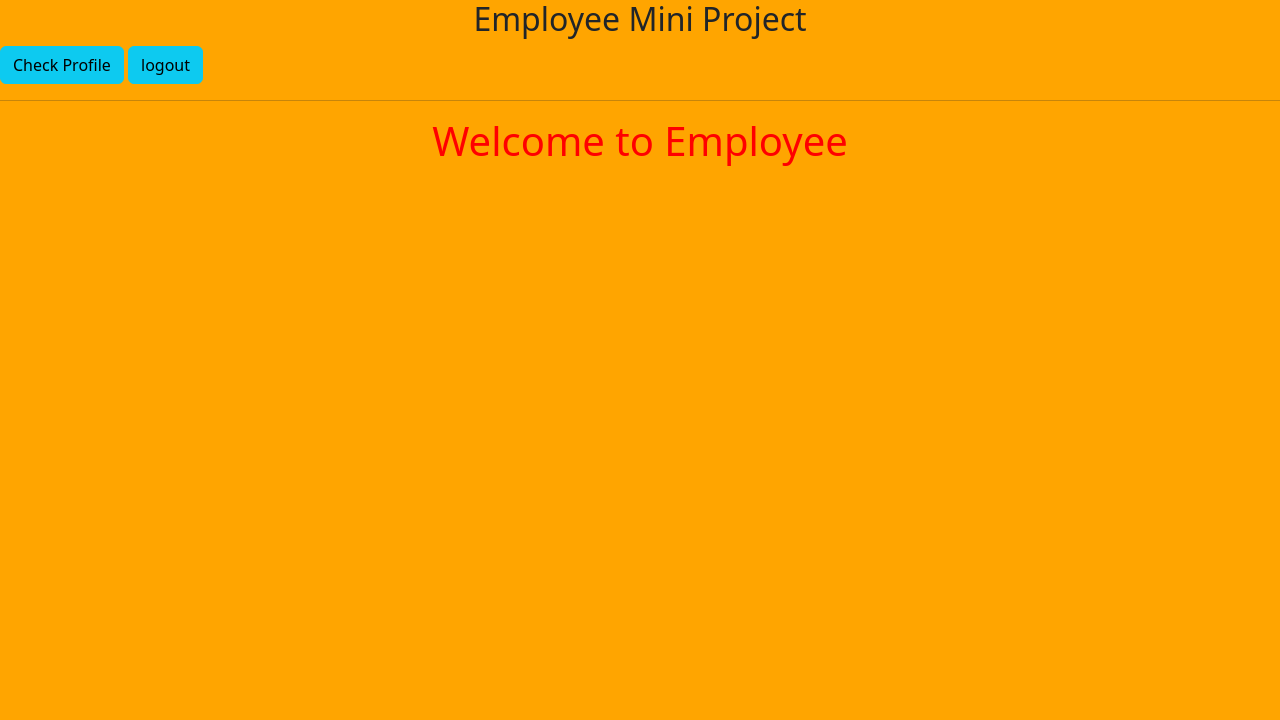
Repository: mca45034/MiniProjectp3
Page: http://localhost/miniproject/welcome.jsp
The author's editor kept a copy of each file at every save. The page is drawn from the files as they stood at one save, then again after the next save.
The browser window is 1280 px wide. The pictures show the whole page.
The page is served by Tomcat 9. Other server files are loaded and not shown.

Above is the page before, as saved 2024-03-03 16:22:48.

### project/miniproject/src/main/webapp/welcome.jsp
<%@ page language="java" contentType="text/html; charset=ISO-8859-1"
    pageEncoding="ISO-8859-1"%>
<!DOCTYPE html>
<html>
<head>
<meta charset="ISO-8859-1">
<title>Insert title here</title>
</head>
<body>
<%@ include file="header.jsp" %>
<center>
<h1 style="color: red">Welcome to Employee</h1>
</center>
</body>
</html>

### project/miniproject/src/main/webapp/header.jsp
<%@ page language="java" contentType="text/html; charset=ISO-8859-1"
	pageEncoding="ISO-8859-1"%>
<!DOCTYPE html>
<html>
<head>
<meta charset="ISO-8859-1">
<title>Insert title here</title>
<link rel="stylesheet"
	href="https://cdn.jsdelivr.net/npm/bootstrap@5.2.3/dist/css/bootstrap.min.css">
<style type="text/css">
body{
      background-color: orange;
    }
</style>
</head>
<body>
	<center>
<h2 class="text-dark">Employee Mini Project</h2>
</center>
	<%
		String user = (String) session.getAttribute("usertype");

		if (user != null) {
	%>
	<h3>
		Hii,
		<%=user%></h3>
	<%
		}
	%>

	<%
		if (user != null && user.equalsIgnoreCase("admin")) {
	%>
	<a href="addEmployee.jsp" class="btn btn-info">Add Employee</a>
	<a href="employeec" class="btn btn-info">show Employee list</a>

	<%
		}

		else if (user != null || user != "admin") {
	%>
	<a href="employeec?action=editbyemail&email=<%=user%>"
		class="btn btn-info">Check Profile</a>
	<%
		}
	%>
	<a href="loginc" class="btn btn-info">logout</a>
	<h1><hr></h1>
</body>
</html>

### project/miniproject/src/main/webapp/Footer.jsp
<%@ page language="java" contentType="text/html; charset=ISO-8859-1"
    pageEncoding="ISO-8859-1"%>
<!DOCTYPE html>
<html>
<head>
<link rel="stylesheet" href="https://cdn.jsdelivr.net/npm/bootstrap@5.2.3/dist/css/bootstrap.min.css">
  <style type="text/css">
#footer {

    position: fixed;
    left:0;
    width:100%;
    bottom:0;
    background-color:white;
    color:black;


   text-align:center;
}
</style>

</head>
<body>
<div id ="footer" style="background-color: aqua;">
<CENTER><hr>
    <H3>&copy; Copyrights RAYS Technologies</H3>
</CENTER>
</div>

</html>

After the next save:
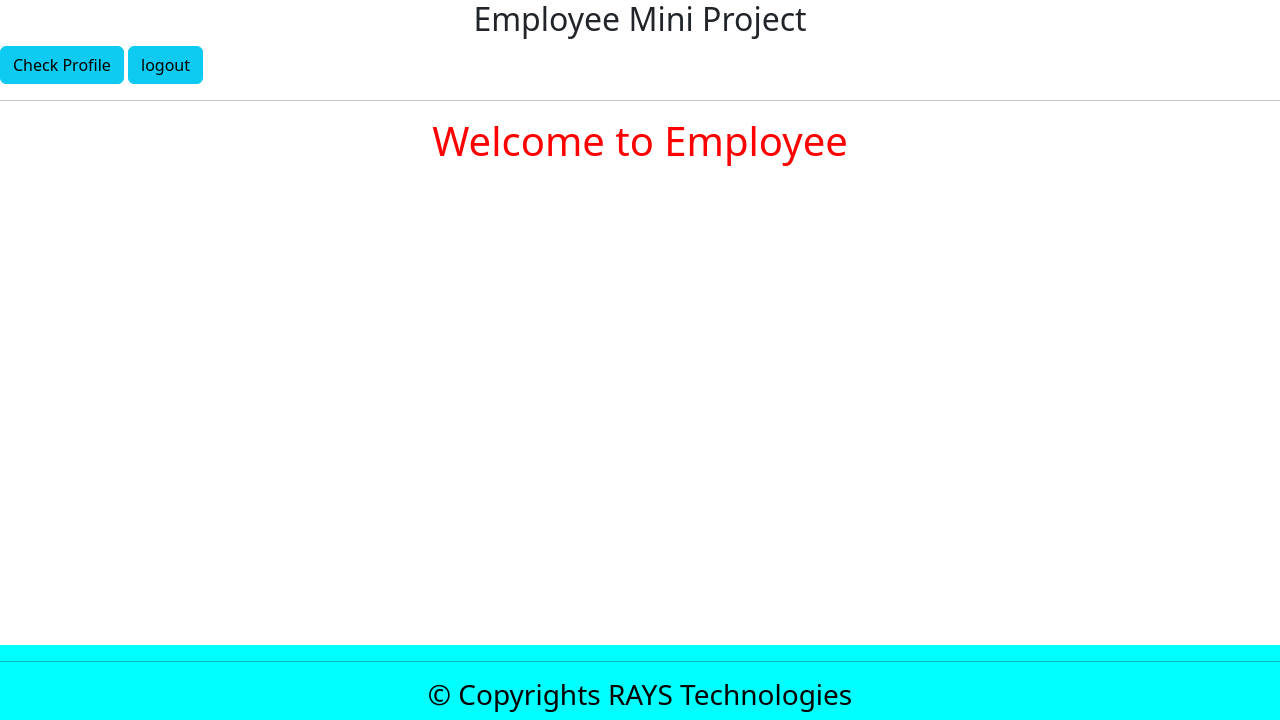
Saved 84 s later.
--- a/project/miniproject/src/main/webapp/welcome.jsp
+++ b/project/miniproject/src/main/webapp/welcome.jsp
@@ -11,5 +11,6 @@
 <center>
 <h1 style="color: red">Welcome to Employee</h1>
 </center>
+<%@ include file="Footer.jsp" %>
 </body>
 </html>
